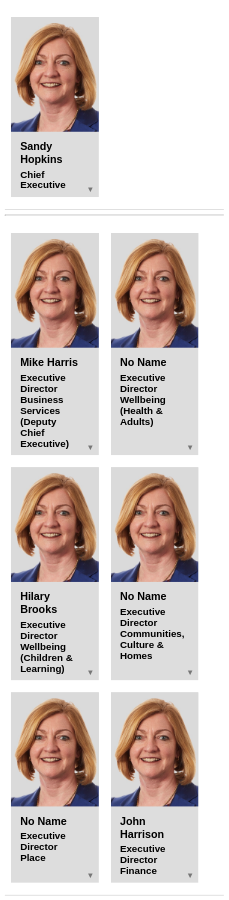
Repository: DigitalExperienceTeam/management
Page: index.html
The author's editor kept a record of every edit. The page is drawn from the files as they stood at one moment, then again after the next edit.
The browser window is 375 px wide. The pictures show the whole page, at 61% of full size.

Above is the page before.

### index.html
<!DOCTYPE html>
<html lang="en">

<head>
    <meta charset="UTF-8">
    <meta name="viewport" content="width=device-width, initial-scale=1.0">
    <meta http-equiv="X-UA-Compatible" content="ie=edge">
    <script src="https://ajax.googleapis.com/ajax/libs/jquery/3.4.1/jquery.min.js"></script>

    <script type="text/javascript" src="profiles.js"></script>

    <link rel="stylesheet" href="style.css" type="text/css" />
    <title>Document</title>
</head>

<body>
    <div class="profiles-wrapper">
        <div class="profile lighter">
               <img class="profile-pic" src="sandy.jpg">
            <div class="details">
                <p class="name">Sandy Hopkins</p>
                <p class="title">Chief Executive<span class="more">&#9660;</span></p>
            </div>
            <div class="bio">
                <p>Lorem ipsum dolor sit amet, consectetur adipiscing elit. Nunc quis feugiat magna, non vehicula purus. Sed quis enim et dolor tempor aliquet. Proin a tincidunt ligula, nec rhoncus risus. Aliquam ut magna ac nisl dapibus lobortis ut molestie eros. Maecenas ornare quam vel accumsan congue. Curabitur mattis, odio non rhoncus tempor, diam elit convallis lacus, quis feugiat est lectus sit amet mi. Donec at ex in turpis luctus blandit sit amet eu eros. Nullam a libero turpis. Nullam mattis id est ut suscipit. Donec hendrerit turpis sed ligula hendrerit commodo.</p>
<p>Cras sed vulputate libero. Nam rhoncus quam turpis, vitae eleifend velit ornare a. Donec sollicitudin leo id nunc faucibus, imperdiet porttitor ex dictum. Nam condimentum nibh porta ligula molestie rhoncus. Sed pellentesque lacinia nisi ut finibus. Fusce facilisis scelerisque facilisis. Sed consequat quam nec lectus faucibus lacinia.</p>
<div class="less">&#9650;</div>
            </div>
        </div>

    </div>
    <hr class="profile-divider"></hr>


    <div class="profiles-wrapper">


                 <div class="profile lighter">
               <img class="profile-pic" src="sandy.jpg">
            <div class="details">
                <p class="name">Mike Harris</p>
                <p class="title">Executive Director Business Services (Deputy Chief Executive)<span class="more">&#9660;</span></p>
            </div>
            <div class="bio">
                <p>Lorem ipsum dolor sit amet, consectetur adipiscing elit. Nunc quis feugiat magna, non vehicula purus. Sed quis enim et dolor tempor aliquet. Proin a tincidunt ligula, nec rhoncus risus. Aliquam ut magna ac nisl dapibus lobortis ut molestie eros. Maecenas ornare quam vel accumsan congue. Curabitur mattis, odio non rhoncus tempor, diam elit convallis lacus, quis feugiat est lectus sit amet mi. Donec at ex in turpis luctus blandit sit amet eu eros. Nullam a libero turpis. Nullam mattis id est ut suscipit. Donec hendrerit turpis sed ligula hendrerit commodo.</p>
<p>Cras sed vulputate libero. Nam rhoncus quam turpis, vitae eleifend velit ornare a. Donec sollicitudin leo id nunc faucibus, imperdiet porttitor ex dictum. Nam condimentum nibh porta ligula molestie rhoncus. Sed pellentesque lacinia nisi ut finibus. Fusce facilisis scelerisque facilisis. Sed consequat quam nec lectus faucibus lacinia.</p>
<div class="less">&#9650;</div>
            </div>
        </div>
         <div class="profile lighter">
            <img class="profile-pic" src="sandy.jpg">
            <div class="details">
                <p class="name">No Name</p>
                <p class="title">Executive Director Wellbeing (Health & Adults)<span class="more">&#9660;</span></p>
            </div>
            <div class="bio">
                <p>Lorem ipsum dolor sit amet, consectetur adipiscing elit. Nunc quis feugiat magna, non vehicula purus. Sed quis enim et dolor tempor aliquet. Proin a tincidunt ligula, nec rhoncus risus. Aliquam ut magna ac nisl dapibus lobortis ut molestie eros. Maecenas ornare quam vel accumsan congue. Curabitur mattis, odio non rhoncus tempor, diam elit convallis lacus, quis feugiat est lectus sit amet mi. Donec at ex in turpis luctus blandit sit amet eu eros. Nullam a libero turpis. Nullam mattis id est ut suscipit. Donec hendrerit turpis sed ligula hendrerit commodo.</p>
<p>Cras sed vulputate libero. Nam rhoncus quam turpis, vitae eleifend velit ornare a. Donec sollicitudin leo id nunc faucibus, imperdiet porttitor ex dictum. Nam condimentum nibh porta ligula molestie rhoncus. Sed pellentesque lacinia nisi ut finibus. Fusce facilisis scelerisque facilisis. Sed consequat quam nec lectus faucibus lacinia.</p>
<div class="less">&#9650;</div>
            </div>
        </div>
            <div class="profile lighter">
               <img class="profile-pic" src="sandy.jpg">
            <div class="details">
                <p class="name">Hilary Brooks</p>
                <p class="title">Executive Director Wellbeing (Children & Learning)<span class="more">&#9660;</span></p>
            </div>
            <div class="bio">
                <p>Lorem ipsum dolor sit amet, consectetur adipiscing elit. Nunc quis feugiat magna, non vehicula purus. Sed quis enim et dolor tempor aliquet. Proin a tincidunt ligula, nec rhoncus risus. Aliquam ut magna ac nisl dapibus lobortis ut molestie eros. Maecenas ornare quam vel accumsan congue. Curabitur mattis, odio non rhoncus tempor, diam elit convallis lacus, quis feugiat est lectus sit amet mi. Donec at ex in turpis luctus blandit sit amet eu eros. Nullam a libero turpis. Nullam mattis id est ut suscipit. Donec hendrerit turpis sed ligula hendrerit commodo.</p>
<p>Cras sed vulputate libero. Nam rhoncus quam turpis, vitae eleifend velit ornare a. Donec sollicitudin leo id nunc faucibus, imperdiet porttitor ex dictum. Nam condimentum nibh porta ligula molestie rhoncus. Sed pellentesque lacinia nisi ut finibus. Fusce facilisis scelerisque facilisis. Sed consequat quam nec lectus faucibus lacinia.</p>
<div class="less">&#9650;</div>
            </div>
        </div>

          <div class="profile lighter">
               <img class="profile-pic" src="sandy.jpg">
            <div class="details">
                <p class="name">No Name</p>
                <p class="title">Executive Director Communities, Culture & Homes<span class="more">&#9660;</span></p>
            </div>
            <div class="bio">
                <p>Lorem ipsum dolor sit amet, consectetur adipiscing elit. Nunc quis feugiat magna, non vehicula purus. Sed quis enim et dolor tempor aliquet. Proin a tincidunt ligula, nec rhoncus risus. Aliquam ut magna ac nisl dapibus lobortis ut molestie eros. Maecenas ornare quam vel accumsan congue. Curabitur mattis, odio non rhoncus tempor, diam elit convallis lacus, quis feugiat est lectus sit amet mi. Donec at ex in turpis luctus blandit sit amet eu eros. Nullam a libero turpis. Nullam mattis id est ut suscipit. Donec hendrerit turpis sed ligula hendrerit commodo.</p>
<p>Cras sed vulputate libero. Nam rhoncus quam turpis, vitae eleifend velit ornare a. Donec sollicitudin leo id nunc faucibus, imperdiet porttitor ex dictum. Nam condimentum nibh porta ligula molestie rhoncus. Sed pellentesque lacinia nisi ut finibus. Fusce facilisis scelerisque facilisis. Sed consequat quam nec lectus faucibus lacinia.</p>
<div class="less">&#9650;</div>
            </div>
        </div>

          <div class="profile lighter">
            <img class="profile-pic" src="sandy.jpg">
            <div class="details">
                <p class="name">No Name</p>
                <p class="title">Executive Director Place<span class="more">&#9660;</span></p>
            </div>
            <div class="bio">
                <p>Lorem ipsum dolor sit amet, consectetur adipiscing elit. Nunc quis feugiat magna, non vehicula purus. Sed quis enim et dolor tempor aliquet. Proin a tincidunt ligula, nec rhoncus risus. Aliquam ut magna ac nisl dapibus lobortis ut molestie eros. Maecenas ornare quam vel accumsan congue. Curabitur mattis, odio non rhoncus tempor, diam elit convallis lacus, quis feugiat est lectus sit amet mi. Donec at ex in turpis luctus blandit sit amet eu eros. Nullam a libero turpis. Nullam mattis id est ut suscipit. Donec hendrerit turpis sed ligula hendrerit commodo.</p>
<p>Cras sed vulputate libero. Nam rhoncus quam turpis, vitae eleifend velit ornare a. Donec sollicitudin leo id nunc faucibus, imperdiet porttitor ex dictum. Nam condimentum nibh porta ligula molestie rhoncus. Sed pellentesque lacinia nisi ut finibus. Fusce facilisis scelerisque facilisis. Sed consequat quam nec lectus faucibus lacinia.</p>
<div class="less">&#9650;</div>
            </div>
        </div>



           <div class="profile lighter">
              <img class="profile-pic" src="sandy.jpg">
            <div class="details">
                <p class="name">John Harrison</p>
                <p class="title">Executive Director Finance<span class="more">&#9660;</span></p>
            </div>
            <div class="bio">
                <p>Lorem ipsum dolor sit amet, consectetur adipiscing elit. Nunc quis feugiat magna, non vehicula purus. Sed quis enim et dolor tempor aliquet. Proin a tincidunt ligula, nec rhoncus risus. Aliquam ut magna ac nisl dapibus lobortis ut molestie eros. Maecenas ornare quam vel accumsan congue. Curabitur mattis, odio non rhoncus tempor, diam elit convallis lacus, quis feugiat est lectus sit amet mi. Donec at ex in turpis luctus blandit sit amet eu eros. Nullam a libero turpis. Nullam mattis id est ut suscipit. Donec hendrerit turpis sed ligula hendrerit commodo.</p>
<p>Cras sed vulputate libero. Nam rhoncus quam turpis, vitae eleifend velit ornare a. Donec sollicitudin leo id nunc faucibus, imperdiet porttitor ex dictum. Nam condimentum nibh porta ligula molestie rhoncus. Sed pellentesque lacinia nisi ut finibus. Fusce facilisis scelerisque facilisis. Sed consequat quam nec lectus faucibus lacinia.</p>
<div class="less">&#9650;</div>
            </div>
        </div>





    </div>

</body>

</html>

### profiles.js
$(document).ready(function() {

    $(document).mouseup(function(e)
{
    var container = $(".profile");

    // if the target of the click isn't the container nor a descendant of the container
    if (!container.is(e.target) && container.has(e.target).length === 0)
    {
        $(".bio").slideUp(600);
        $(".profile-pic").removeClass("faded");
        $(".bio").removeClass("darker").addClass("lighter");
        $(".profile").removeClass("darker").addClass("lighter");


    }
});

    $(".profile").click(function() {

        if ( $(this).find(".profile-pic").hasClass("faded")){
            $(this).find(".profile-pic").removeClass("faded");
            $(".profile-pic").not($(this).children()).addClass("faded");

        }

      else {
            $(".profile-pic").not($(this).children()).toggleClass("faded");
      }

        $(this).find(".bio").slideToggle(600);

        $(this).find(".more").fadeToggle(600);

        $(".more").not($(this).children()).show();

        $(".bio").not($(this).children()).slideUp(600);



       $(this).toggleClass("lighter").toggleClass("darker");

      $(".profile").not($(this)).removeClass("darker").addClass("lighter");


       $(this).find(".bio").removeClass("lighter").addClass("darker");


       $(".bio").not($(this).children()).removeClass("darker").addClass("lighter");

    });





});

### style.css
body {
    max-width: 871px;
    font-family: "franklin-gothic-urw",sans-serif;
}

.profiles-wrapper {
    padding: 10px 0;
    display: flex;
    flex-wrap: wrap;
    border-bottom: 1px solid #ccc;
    justify-content: center;
    border-bottom: 1px solid #ccc;
}



.profile {
    box-sizing: border-box;
    width: 29%;
    margin: 15px;
    cursor: pointer;
    display: inline-block;
    vertical-align: top;
    position: relative;
}

.profile:hover {
    background: #ccc;
    transition: 0.4s all;
}


.faded {
    opacity:0.6;
}

.lighter {
    background: #ddd;
}

.darker {
    background: #ccc;
}


.details {
    padding: 5px 15px 10px 15px;
}

.profile img {
    max-width: 100%;
}

.name {
    font-weight: bold;
    font-size: 1.1em;
    margin: 5px 0 0 0;
}

.title {
    font-weight: bold;
     margin: 5px 0 0 0;
     padding-right: 10px;
}

.more {
    float: right;
    color: #777;
    font-family: "Arial Black", Gadget, sans-serif;
    position: absolute;
    right: 7px;
    bottom: 5px;
    font-size: 0.8em;
}

.bio {
    display: none;
    padding: 0 15px 10px 15px;
   position: absolute;
    z-index: 1000;
    font-size: 0.9em;
    box-shadow: 0 10px 10px -2px white;
}

.less {
    text-align: right;
    color: #777;
    font-family: "Arial Black", Gadget, sans-serif;
}

@media only screen and (max-width: 726px) {
 .profiles-wrapper {
    justify-content: flex-start;
}

.profile {
    width: 47%;
    margin: 10px;
}

.profiles-wrapper>.profile:nth-of-type(even) {
margin: 10px 5px 10px 10px;
}

}

@media only screen and (max-width: 615px) {


.profile {
    width: 40%;
}

}

After the next edit:
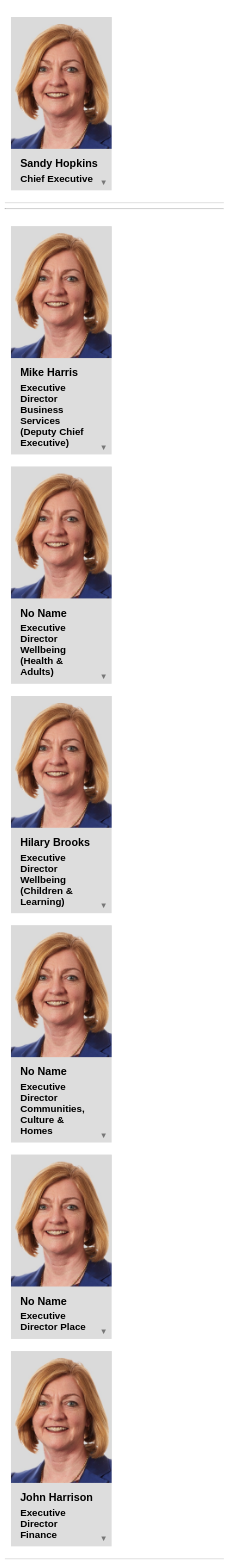
The edit:
--- a/style.css
+++ b/style.css
@@ -108,7 +108,14 @@
 
 
 .profile {
-    width: 40%;
+    width: 46%;
+}
+
+
+@media only screen and (max-width: 470px) {
+
+.profile {
+    width: 46%;
 }
 
 }
